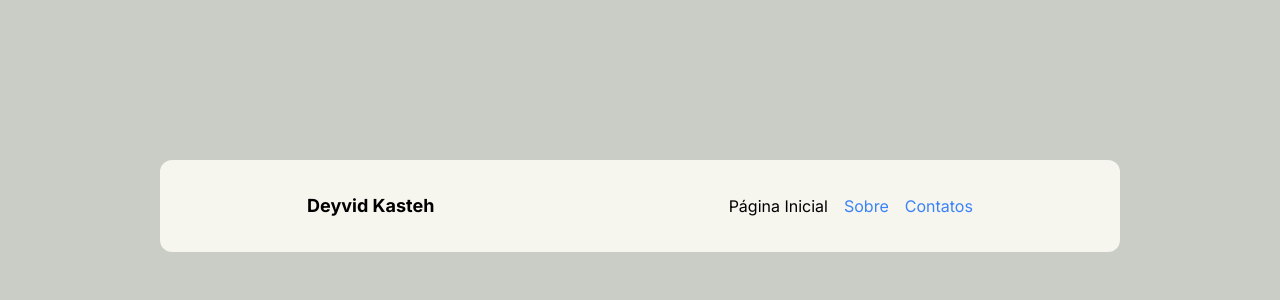
Repository: Deyvid-Kasteh/kasteh_portfolio
Page: /
These files come from the project's save history. The page is drawn as it stood at one moment and after the next save; the edit follows.
The browser window is 1280 px wide. The pictures show the whole page.
The project was rebuilt for these pictures with package versions that can differ from the ones it lists, and the page was loaded fresh each time. The framework's server and built-in components were replaced by stand-ins that run in the browser. Also part of the build but not shown: next.config.mjs.

Above is the page before, as saved 2024-03-24 02:36:34.

### src/app/layout.tsx
import type { Metadata } from "next";
import { Inter } from "next/font/google";
import "./globals.css";

const inter = Inter({ subsets: ["latin"] });

export const metadata: Metadata = {
  title: "Create Next App",
  description: "Generated by create next app",
};

export default function RootLayout({
  children,
}: Readonly<{
  children: React.ReactNode;
}>) {
  return (
    <html lang="pt-br">
      <body
        className={`bg-customGrayBG ${inter.className} p-4 sm:p-6 md:p-8 lg:p-10 xl:p-40`}
      >
        {children}
      </body>
    </html>
  );
}

### src/app/page.tsx
import Header from "./components/header";

export default function Home() {
  return (
    <>
      <Header />
      <main></main>
      <footer></footer>
    </>
    // <main className="bg-neutral-200 flex min-h-screen flex-col items-center justify-between p-24">

    // </main>
  );
}

### src/app/globals.css
@tailwind base;
@tailwind components;
@tailwind utilities;

:root {
  --foreground-rgb: 0, 0, 0;
  --background-start-rgb: 214, 219, 220;
  --background-end-rgb: 0, 0, 0;
}

/* @media (prefers-color-scheme: dark) {
  :root {
    --foreground-rgb: 255, 255, 255;
    --background-start-rgb: 0, 0, 0;
    --background-end-rgb: 0, 0, 0;
  }
} */

body {
  color: "#25282B"
  /* background: linear-gradient(
      to bottom,
      transparent,
      rgb(var(--background-end-rgb))
    )
    rgb(var(--background-start-rgb)); */
}



@layer utilities {
  .text-balance {
    text-wrap: balance;
  }
}

### src/app/components/header.tsx
import React from "react";

const Header: React.FC = () => {
  return (
    <header className="bg-customGrayComponents flex justify-around items-center py-8 rounded-xl">
      <h1 className="text-lg font-bold">Deyvid Kasteh</h1>
      <nav>
        <ul className="flex space-x-4">
          <li>
            <a href="#" >
              Página Inicial
            </a>
          </li>
          <li>
            <a href="#" className="text-blue-500 hover:text-blue-700">
              Sobre
            </a>
          </li>
          <li>
            <a href="#" className="text-blue-500 hover:text-blue-700">
              Contatos
            </a>
          </li>
        </ul>
      </nav>
    </header>
  );
};

export default Header;

### tailwind.config.ts
import type { Config } from "tailwindcss";

const config: Config = {
  content: [
    "./src/pages/**/*.{js,ts,jsx,tsx,mdx}",
    "./src/components/**/*.{js,ts,jsx,tsx,mdx}",
    "./src/app/**/*.{js,ts,jsx,tsx,mdx}",
  ],
  theme: {
    extend: {
      backgroundImage: {
        "gradient-radial": "radial-gradient(var(--tw-gradient-stops))",
        "gradient-conic":
          "conic-gradient(from 180deg at 50% 50%, var(--tw-gradient-stops))",
      },
      colors: {
        customGrayBG: "#CACCC6", // Definindo o background color
        customGrayComponents: "#F6F6EF",
      },
    },
  },
  plugins: [],
};
export default config;

After the next save:
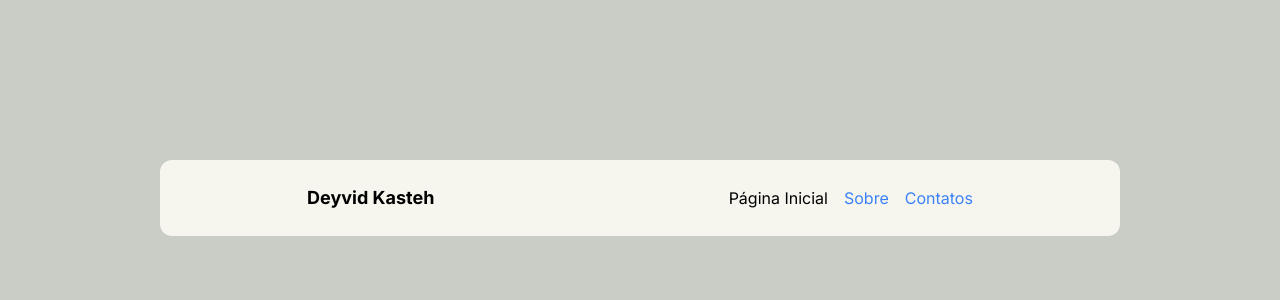
Saved 5 s later.
--- a/src/app/components/header.tsx
+++ b/src/app/components/header.tsx
@@ -2,7 +2,7 @@ import React from "react";
 
 const Header: React.FC = () => {
   return (
-    <header className="bg-customGrayComponents flex justify-around items-center py-8 rounded-xl">
+    <header className="bg-customGrayComponents flex justify-around items-center py-6 rounded-xl">
       <h1 className="text-lg font-bold">Deyvid Kasteh</h1>
       <nav>
         <ul className="flex space-x-4">
